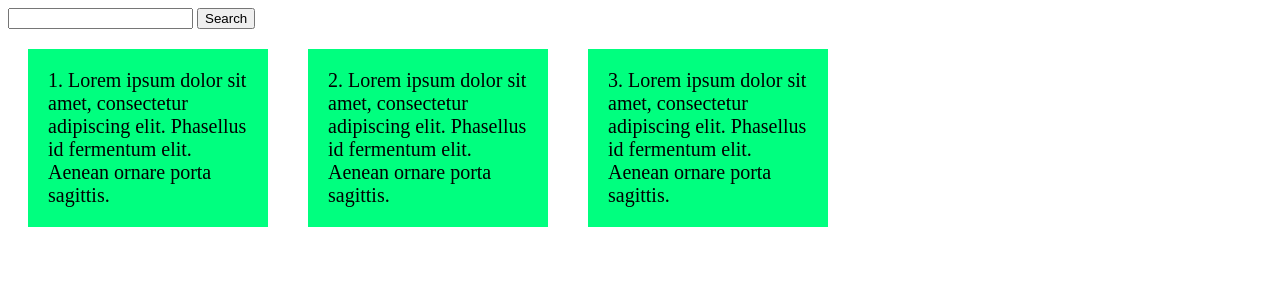
Repository: lyutok/cs50-search-project
Page: google.html
The author's editor kept a copy of each file at every save. The page is drawn from the files as they stood at one save, then again after the next save.
The browser window is 1280 px wide. The pictures show the whole page.

Above is the page before, as saved 2025-07-05 17:04:14.

### google.html
<!DOCTYPE html>
<html lang="en">
<head>
    <meta name="viewport" content="width=device-width, initial-scale=1.0" charset="UTF-8">
    <title>Google Search</title>

     <style>
            .container {
                display: flex;
                flex-wrap: wrap;
            }

            .container > div {
                background-color: springgreen;
                font-size: 20px;
                margin: 20px;
                padding: 20px;
                width: 200px;
            }
        </style>
</head>
<body>
    <form action="https://www.google.com/search">
        <input type="text" name="q">
        <button type="submit">Search</button>
    </form>
    <div class="container">
            <div>1. Lorem ipsum dolor sit amet, consectetur adipiscing elit. Phasellus id fermentum elit. Aenean ornare porta sagittis.</div>
            <div>2. Lorem ipsum dolor sit amet, consectetur adipiscing elit. Phasellus id fermentum elit. Aenean ornare porta sagittis.</div>
            <div>3. Lorem ipsum dolor sit amet, consectetur adipiscing elit. Phasellus id fermentum elit. Aenean ornare porta sagittis.</div>

        </div>
</body>
</html>

After the next save:
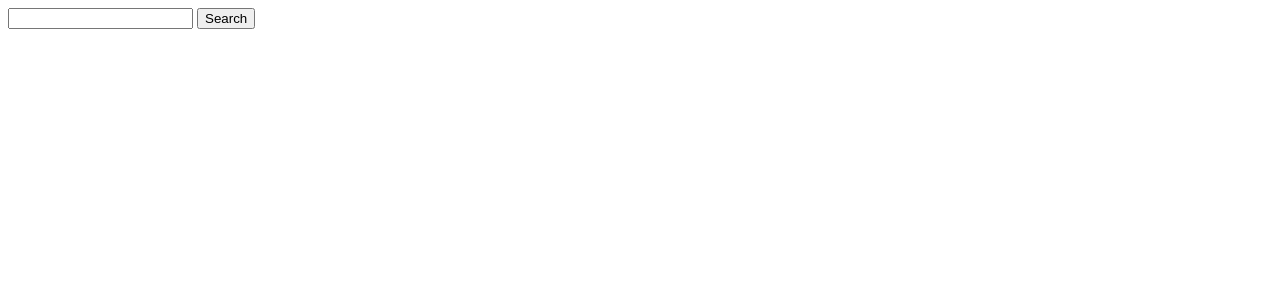
Saved 93 s later.
--- a/google.html
+++ b/google.html
@@ -3,32 +3,12 @@
 <head>
     <meta name="viewport" content="width=device-width, initial-scale=1.0" charset="UTF-8">
     <title>Google Search</title>
-
-     <style>
-            .container {
-                display: flex;
-                flex-wrap: wrap;
-            }
-
-            .container > div {
-                background-color: springgreen;
-                font-size: 20px;
-                margin: 20px;
-                padding: 20px;
-                width: 200px;
-            }
-        </style>
 </head>
 <body>
+
     <form action="https://www.google.com/search">
         <input type="text" name="q">
         <button type="submit">Search</button>
     </form>
-    <div class="container">
-            <div>1. Lorem ipsum dolor sit amet, consectetur adipiscing elit. Phasellus id fermentum elit. Aenean ornare porta sagittis.</div>
-            <div>2. Lorem ipsum dolor sit amet, consectetur adipiscing elit. Phasellus id fermentum elit. Aenean ornare porta sagittis.</div>
-            <div>3. Lorem ipsum dolor sit amet, consectetur adipiscing elit. Phasellus id fermentum elit. Aenean ornare porta sagittis.</div>
-
-        </div>
 </body>
 </html>
